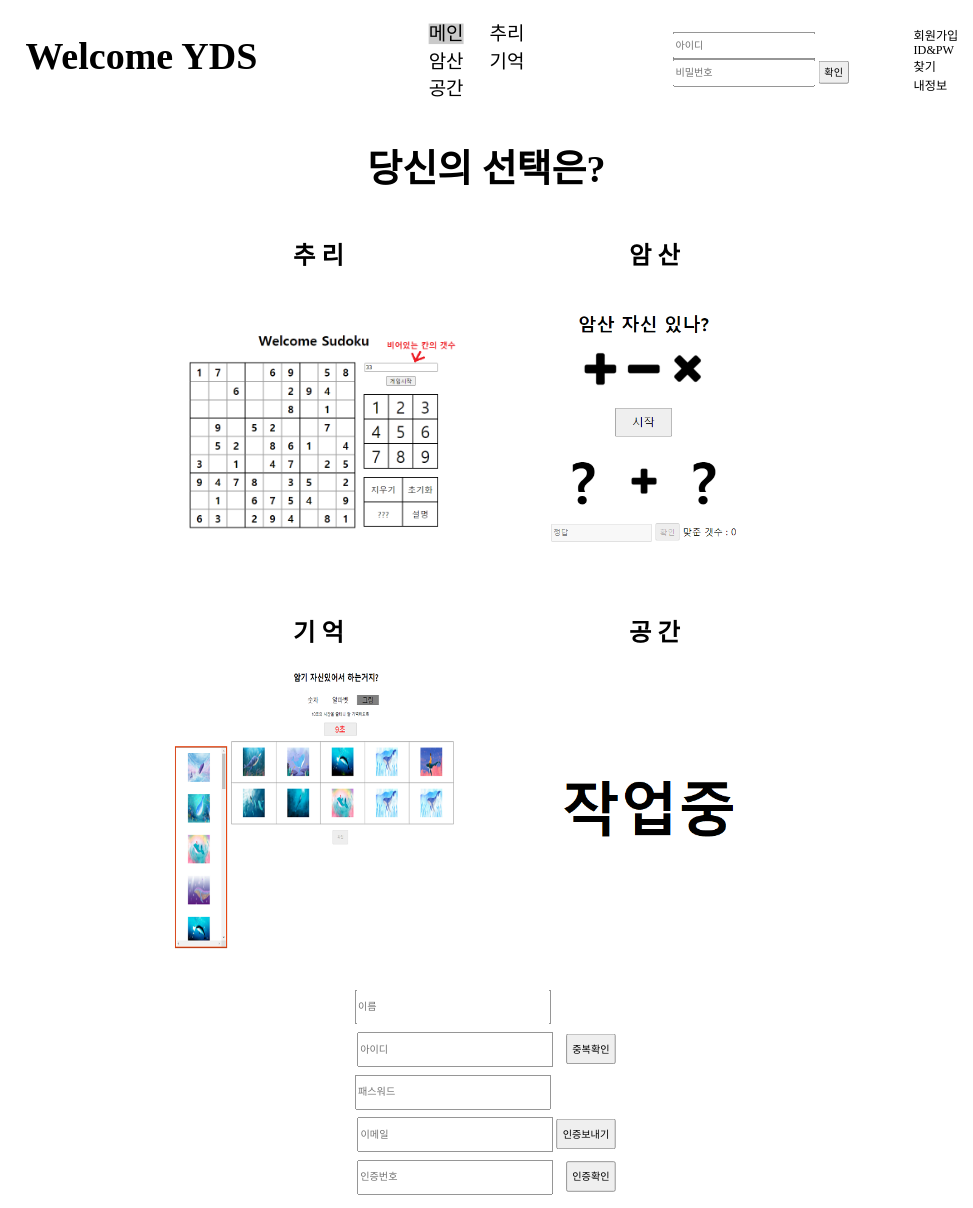
Repository: ejrtn/springbootMaven
Page: deoksu/src/main/resources/static/main.html
An editor plug-in stored every save of this project. The page is shown before and after the next save, followed by the edit.
The browser window is 1280 px wide. The pictures show the whole page, at 76% of full size.

Above is the page before, as saved 2021-04-10 16:37:37.
Console error: TypeError: Cannot set properties of null (setting 'onclick')

### deoksu/src/main/resources/static/main.html
<!DOCTYPE html>
<html>
<head>
<meta charset="UTF-8">
<title>Insert title here</title>
	<style type="text/css">
		img {width: 400px; cursor: pointer;}
	</style>
	<script  src="http://code.jquery.com/jquery-latest.min.js"></script>
	<script type="text/javascript">
		function join(a){
			if(a==1)
				$("#join").css("background-color","#9e9e9e8c");
			else
				$("#join").css("background-color","");
		}
		function idpw(a){
			if(a==1)
				$("#idpw").css("background-color","#9e9e9e8c");
			else
				$("#idpw").css("background-color","");
		}
		function info(a){
			if(a==1)
				$("#info").css("background-color","#9e9e9e8c");
			else
				$("#info").css("background-color","");
		}
	</script>
</head>
<body>
	<div align="center">
		<table>
			<tr>
				<td style="width: 350px;">
					<h1 align="center" style="font-size: 50px; width: 350px; height:66px; cursor: pointer;" onclick="location.href='/'">Welcome YDS</h1>
				</td>
				<td style="padding-left: 200px; padding-right: 100px; width: 450px;">
					<label style="font-size: 25px; cursor: pointer; background-color: #9e9e9e8c; margin-right: 30px;" onclick="location.href='/'">메인</label>
					<label style="font-size: 25px; cursor: pointer; margin-right: 30px;" onclick="location.href='sudoku'">추리</label>
					<label style="font-size: 25px; cursor: pointer; margin-right: 30px;" onclick="location.href='math'">암산</label>
					<label style="font-size: 25px; cursor: pointer; margin-right: 30px;" onclick="location.href='memorization'">기억</label>
					<label style="font-size: 25px; cursor: pointer; margin-right: 30px;" onclick="location.href='space'">공간</label>
				</td>
				<td style="padding-left: 50px; width: 450px;">
					<input type="text" placeholder="아이디" style="height: 30px; width: 180px;">
					<input type="password" placeholder="비밀번호" style="height: 30px; width: 180px;">
					<input type="button" value="확인" style="height: 30px;">
<!-- 					<label>000님 로그인</label><input type="button" value="로그아웃" style="margin-left: 20px;"> -->
				</td>
				<td style="padding-left: 50px; width: 100px;">
					<label onmouseover="join(1)" onmouseout="join(2)" id="join" style="cursor: pointer;" onclick="">회원가입</label><br>
					<label onmouseover="idpw(1)" onmouseout="idpw(2)" id="idpw" style="cursor: pointer;" onclick="">ID&PW찾기</label><br>
					<label onmouseover="info(1)" onmouseout="info(2)" id="info" style="cursor: pointer;" onclick="">내정보</label><br>
				</td>
			</tr>
		</table>
	</div>
	<div align="center" style="margin-top: 20px;">
		<h1 align="center"  style="font-size: 50px; width: 400px;">당신의 선택은?</h1>
		<table>
			<tr>
				<td align="center" style="padding-right: 20px;">
					<h1>추 리</h1>
					<img src="images/main_img/sudoku.png" onclick="location.href='sudoku'">
				</td>
				<td align="center" style="padding-left: 20px;">
					<h1>암 산</h1>
					<img src="images/main_img/math.png" onclick="location.href='math'">
				</td>
			</tr>
			<tr>
				<td align="center" style="padding-right: 20px;">
					<h1>기 억</h1>
					<img src="images/main_img/memorization.png" onclick="location.href='memorization'">
				</td>
				<td align="center" style="padding-left: 20px;">
					<h1>공 간</h1>
					<img src="images/main_img/working.png" onclick="location.href='space'">
				</td>
			</tr>
		</table>
	</div>

	<div id="modal">
	    <div align="center" style="margin-top: 20px;">
			<input type="text" placeholder="이름" style="width: 250px; height: 40px; margin-right: 88px; margin-bottom: 10px;"><br>
			<input type="text" placeholder="아이디" style="width: 250px; height: 40px; margin-right: 13px; margin-bottom: 10px;">
			<input type="button" value="중복확인" style="height: 40px;"><br>
			<input type="password" placeholder="패스워드" style="width: 250px; height: 40px; margin-right: 88px; margin-bottom: 10px;"><br>
			<input type="email" placeholder="이메일" style="width: 250px; height: 40px; margin-bottom: 10px;">
			<input type="button" value="인증보내기" style="height: 40px;"><br>
			<input type="text" placeholder="인증번호" style="width: 250px; height: 40px; margin-right: 13px; margin-bottom: 10px;">
			<input type="button" value="인증확인" style="height: 40px;">
		</div>
    	<div class="modal_layer"></div>
	</div>
	<script>
	    document.getElementById("modal_close_btn").onclick = function() {
	        document.getElementById("modal").style.display="none";
	    }
	</script>


</body>
</html>

After the next save:
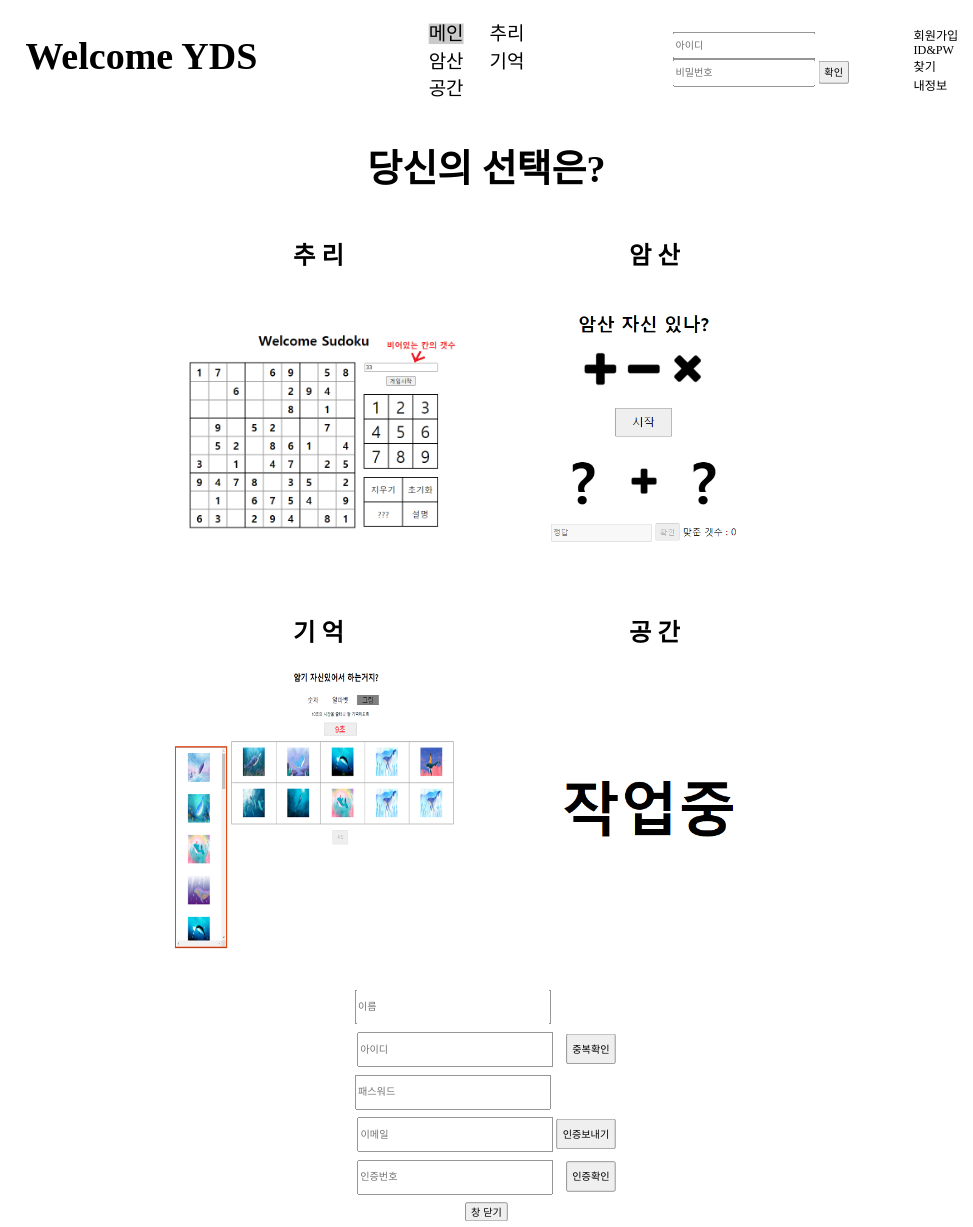
The error is gone.
Saved 54 s later.
--- a/deoksu/src/main/resources/static/main.html
+++ b/deoksu/src/main/resources/static/main.html
@@ -82,7 +82,7 @@
 		</table>
 	</div>
 
-	<div id="modal">
+	<div id="modal1">
 	    <div align="center" style="margin-top: 20px;">
 			<input type="text" placeholder="이름" style="width: 250px; height: 40px; margin-right: 88px; margin-bottom: 10px;"><br>
 			<input type="text" placeholder="아이디" style="width: 250px; height: 40px; margin-right: 13px; margin-bottom: 10px;">
@@ -91,7 +91,8 @@
 			<input type="email" placeholder="이메일" style="width: 250px; height: 40px; margin-bottom: 10px;">
 			<input type="button" value="인증보내기" style="height: 40px;"><br>
 			<input type="text" placeholder="인증번호" style="width: 250px; height: 40px; margin-right: 13px; margin-bottom: 10px;">
-			<input type="button" value="인증확인" style="height: 40px;">
+			<input type="button" value="인증확인" style="height: 40px;"><br>
+			<button type="button" id="modal_close_btn">창 닫기</button>
 		</div>
     	<div class="modal_layer"></div>
 	</div>
